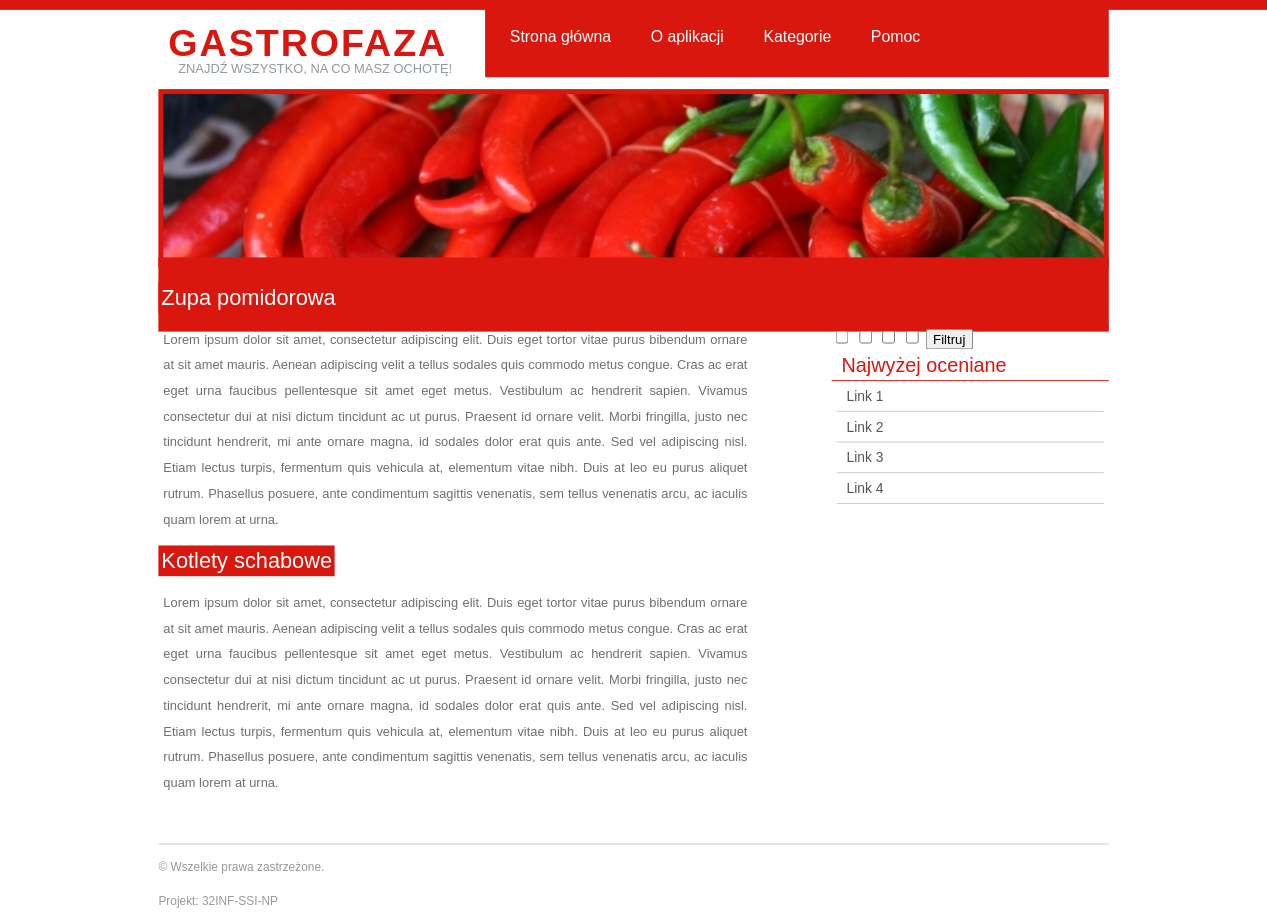
Repository: Michals1988/GroupProject
Page: index.html
These files come from the project's save history. The page is drawn as it stood at one moment and after the next save; the edit follows.
The browser window is 1280 px wide. The pictures show the whole page, at 99% of full size.

Above is the page before, as saved 2020-10-25 17:24:50.

### index.html
<!DOCTYPE html
    PUBLIC "-//W3C//DTD XHTML 1.0 Transitional//EN" "http://www.w3.org/TR/xhtml1/DTD/xhtml1-transitional.dtd">
<html xmlns="http://www.w3.org/1999/xhtml">

<head>
    <meta http-equiv="Content-Type" content="text/html; charset=utf-8" />
    <title>Gastrofaza</title>

    <link rel="stylesheet" type="text/css" href="css/style.css" />

</head>

<body>

    <div id="wrapper">
        <div id="logo">
            <a href="#">
                <h1>Gastrofaza</h1>
                <p>Znajdź wszystko, na co masz ochotę!</p>
            </a>
        </div>
        <div id="menu">
            <ul>
                <li><a href="#">Strona główna</a></li>
                <li><a href="#">O aplikacji</a></li>
                <li><a href="#">Kategorie</a></li>
                <li><a href="#">Pomoc</a></li>
            </ul>
            <div id="search_top">
                <input type="text" value="Szukaj przepisu" />
            </div>
        </div>
        <div id="header">
            <img src="images/header.jpg" />
        </div>
        <div id="menu_top">
            <div id="container">
                <div id="content">
                    <span class="content_title">Zupa pomidorowa</span>
                    <p>
                        Lorem ipsum dolor sit amet, consectetur adipiscing elit. Duis eget tortor vitae purus bibendum
                        ornare at sit amet mauris. Aenean adipiscing velit a tellus sodales quis commodo metus congue.
                        Cras ac erat eget urna faucibus pellentesque sit amet eget metus. Vestibulum ac hendrerit
                        sapien. Vivamus consectetur dui at nisi dictum tincidunt ac ut purus. Praesent id ornare velit.
                        Morbi fringilla, justo nec tincidunt hendrerit, mi ante ornare magna, id sodales dolor erat quis
                        ante. Sed vel adipiscing nisl. Etiam lectus turpis, fermentum quis vehicula at, elementum vitae
                        nibh. Duis at leo eu purus aliquet rutrum. Phasellus posuere, ante condimentum sagittis
                        venenatis, sem tellus venenatis arcu, ac iaculis quam lorem at urna.
                    </p>
                    <span class="content_title">Kotlety schabowe</span>
                    <p>
                        Lorem ipsum dolor sit amet, consectetur adipiscing elit. Duis eget tortor vitae purus bibendum
                        ornare at sit amet mauris. Aenean adipiscing velit a tellus sodales quis commodo metus congue.
                        Cras ac erat eget urna faucibus pellentesque sit amet eget metus. Vestibulum ac hendrerit
                        sapien. Vivamus consectetur dui at nisi dictum tincidunt ac ut purus. Praesent id ornare velit.
                        Morbi fringilla, justo nec tincidunt hendrerit, mi ante ornare magna, id sodales dolor erat quis
                        ante. Sed vel adipiscing nisl. Etiam lectus turpis, fermentum quis vehicula at, elementum vitae
                        nibh. Duis at leo eu purus aliquet rutrum. Phasellus posuere, ante condimentum sagittis
                        venenatis, sem tellus venenatis arcu, ac iaculis quam lorem at urna.
                    </p>
                </div>
                <div id="sidebar">
                    <div id="sidebar_title">Filtry</div>
                    <input type="checkbox">
                    <input type="checkbox">
                    <input type="checkbox">
                    <input type="checkbox">
                    <button id="filter_button">Filtruj</button>
                    <div id="sidebar_title">Najwyżej oceniane</div>
                    <ul>
                        <li><a href="#">Link 1</a></li>
                        <li><a href="#">Link 2</a></li>
                        <li><a href="#">Link 3</a></li>
                        <li><a href="#">Link 4</a></li>
                    </ul>
                </div>
            </div>
            <div id="foot">
                <p>&copy Wszelkie prawa zastrzeżone. <p>Projekt: 32INF-SSI-NP</p>
            </div>
        </div>
</body>

</html>

### css/style.css
body {
	font-family: Arial, Helvetica, sans-serif;
	font-size: 13px;
	color: #6d6f71;
	text-align: center;
	background: url(../images/bg.png) repeat-x;
}

#wrapper {
	width: 960px;
	margin: 0 auto;
	text-align: left;
}

a {
	color: #d9170e;
	text-decoration: none;
}

a:hover {
	text-decoration: underline;
}

#logo {
	float: left;
	margin-left: 10px;
	margin-top: -10px;
	padding: 0;
}

#logo a,
#logo a:hover {
	text-decoration: none;
}

#logo h1 {
	font-size: 38px;
	font-weight: bold;
	text-transform: uppercase;
	letter-spacing: 2px;
	color: #d9170e;
	font-family: Arial, Helvetica, sans-serif;
}

#logo p {
	font-size: 13px;
	color: #91989e;
	text-transform: uppercase;
	margin-top: -30px;
	padding-left: 10px;
}

#menu {
	width: 630px;
	height: 80px;
	float: right;
	margin-top: -10px;
	margin-left: 20px;
	background: url(../images/bg.png);
}

#menu ul {
	list-style: none;
	margin: 0;
	padding: 5px 5px 5px 5px;
}

#menu li {
	display: block;
	float: left;
}

#menu a {
	color: #fff;
	font-size: 16px;
	display: block;
	float: left;
	margin-top: -5px;
	padding: 30px 20px 20px 20px;
	text-decoration: none;
}

#menu a:hover {
	background: #fff;
	color: #d9170e;

}

#search_top {
	float: right;
	margin-right: 30px;
	padding-top: 20px;
}

#search_top input {
	padding: 5px;
	border: 0px;
}

#header {
	float: left;
	width: 960px;
	height: 175px;
	background: url(../images/bg.png);
	text-align: center;
	padding-top: 5px;
}

#title_head {
	float: left;
	padding-top: 30px;
	padding-left: 550px;
	color: #333333;
	font-size: 24px;
}

#menu_top {
	width: 960px;
	height: 50px;
	float: left;
	margin-top: -10px;
	padding-bottom: 25px;
	background: url(../images/bg.png);
}

#menu_top ul {
	list-style: none;
	margin: 0;
	padding: 5px 5px 5px 5px;
}

#menu_top li {
	display: block;
	float: left;
}

#menu_top a {
	color: #fff;
	font-size: 16px;
	display: block;
	float: left;
	padding: 10px 10px 10px 10px;
	text-decoration: none;
}

#menu_top a:hover {
	background: #fff;
	color: #d9170e;
}

#container {
	float: left;
	margin-bottom: 30px;
	margin-top: 30px;
	width: 960px;
}

#content {
	float: left;
	width: 600px;
	text-align: justify;
	line-height: 22px;
}

#content p {
	text-align: justify;
	line-height: 26px;
	padding: 5px;
}

.content_title {
	padding: 3px;
	font-size: 22px;
	font-weight: normal;
	color: #FFF;
	background: url(../images/bg.png);
}

h2 {
	font-size: 20px;
	font-weight: normal;
	color: #6d8b44;
}

#sidebar {
	float: right;
	width: 280px;
	line-height: 22px;
	text-align: justify;
	margin-top: 10px;
}

#sidebar ul {
	list-style: none;
	margin: 0;
	padding: 5px 5px 5px 5px;
}

#sidebar li {
	display: block;
	float: left;
	width: 270px;
	border-bottom: 1px solid #CCC;
}

#sidebar a {
	color: #555;
	font-size: 14px;
	display: block;
	float: left;
	padding: 4px 0px 4px 10px;
	text-decoration: none;

}

#sidebar a:hover {
	color: #d9170e;
	margin-left: 10px;
	-webkit-border-radius: 5px;
	-khtml-border-radius: 5px;
	-moz-border-radius: 5px;
	border-radius: 5px;
}

#sidebar_title {
	width: 270px;
	font-size: 20px;
	font-weight: normal;
	color: #d9170e;
	float: left;
	padding: 4px 0px 4px 10px;
	border-bottom: 1px solid #d9170e;
}

#sidebar p {
	padding: 5px;
}

#foot {
	width: 960px;
	float: left;
	border-top: 1px solid #CCC;
	font-size: 12px;
	color: #999;
	line-height: 22px;
	padding: 0;
	margin: 0;
}

#foot a {
	font-size: 12px;
	color: #d9170e;
	padding: 0;
	margin: 0;
}

After the next save:
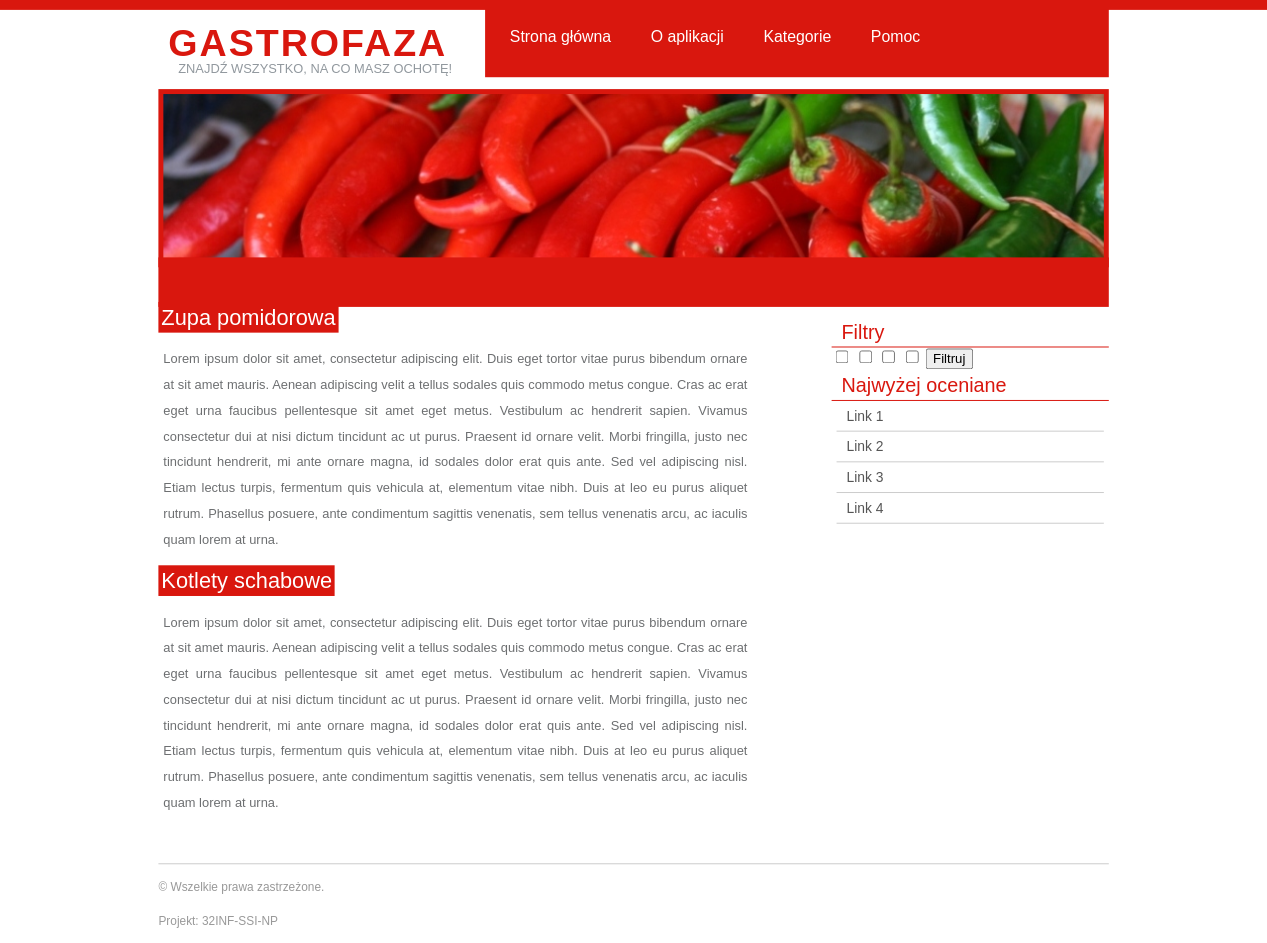
Saved 31 s later.
--- a/css/style.css
+++ b/css/style.css
@@ -119,19 +119,7 @@ a:hover {
 	height: 50px;
 	float: left;
 	margin-top: -10px;
-	padding-bottom: 25px;
-	background: url(../images/bg.png);
-}
-
-#menu_top ul {
-	list-style: none;
-	margin: 0;
-	padding: 5px 5px 5px 5px;
-}
-
-#menu_top li {
-	display: block;
-	float: left;
+	background: url(../images/bg.png);
 }
 
 #menu_top a {
@@ -151,7 +139,7 @@ a:hover {
 #container {
 	float: left;
 	margin-bottom: 30px;
-	margin-top: 30px;
+	margin-top: 50px;
 	width: 960px;
 }
 
